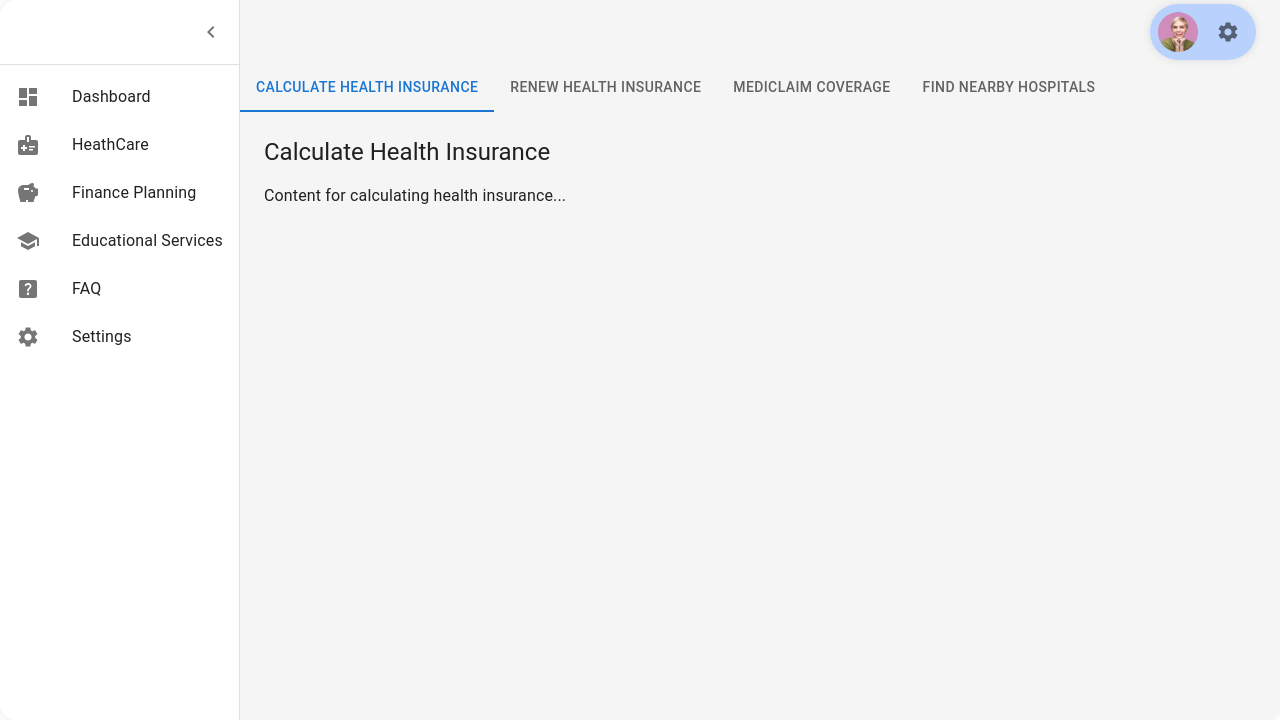
Repository: shubhampirate/TIAA_Retirement_hackathon
Page: /health
These files come from the project's save history. The page is drawn as it stood at one moment and after the next save; the edit follows.
The browser window is 1280 px wide. The pictures show the whole page.
The project was rebuilt for these pictures with package versions that can differ from the ones it lists, and the page was loaded fresh each time. Also part of the build but not shown: src/Components/CustomButton.jsx, src/Components/Navbar.jsx, src/Components/Properties.jsx, src/Components/Footer.jsx, src/Components/Hero.jsx, src/pages/Sign_In.jsx, src/Components/GaugeChart.jsx, src/Components/Deposits.jsx and 5 more.

Above is the page before, as saved 2023-11-18 17:12:30.

After the next save:
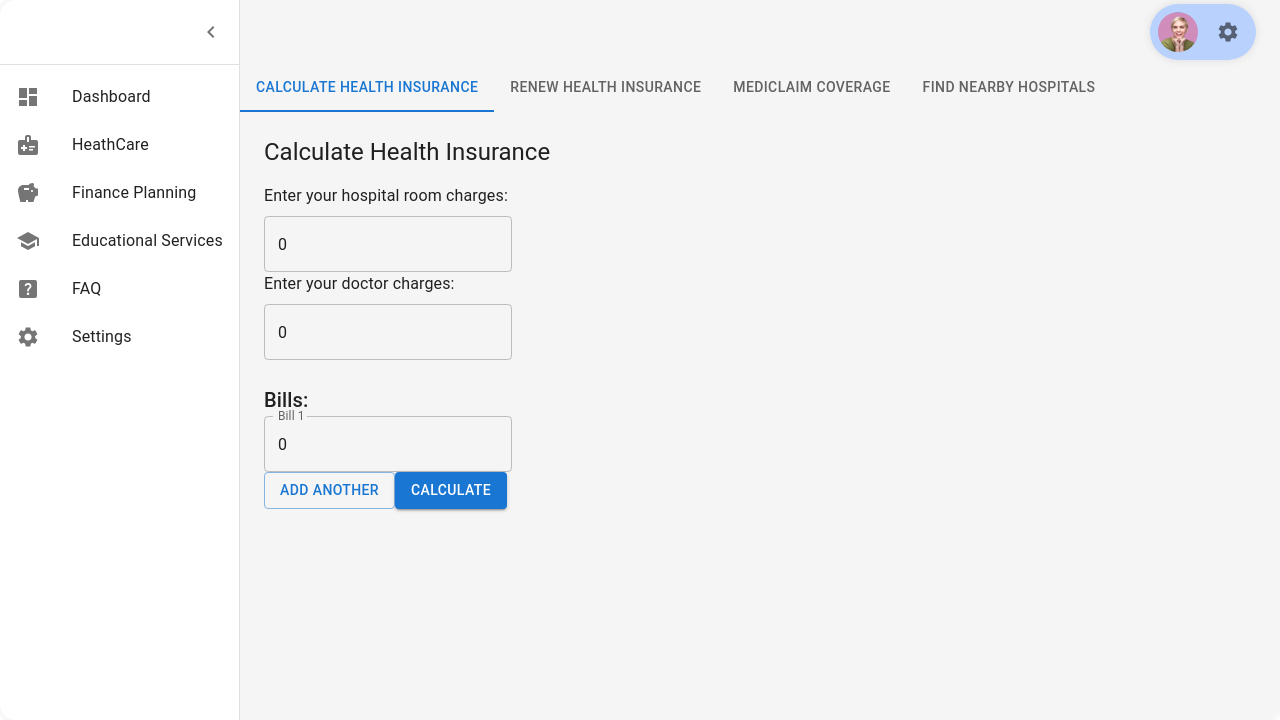
Saved 16 min 10 s later.
--- a/src/Components/Health.jsx
+++ b/src/Components/Health.jsx
@@ -28,6 +28,8 @@
 import InputBase from '@mui/material/InputBase';
 import SearchIcon from '@mui/icons-material/Search';
 import useMediaQuery from '@mui/material/useMediaQuery';
+import TextField from '@mui/material/TextField';
+import Button from '@mui/material/Button';
 const healthTopics = [
     {
       label: 'Calculate Health Insurance',
@@ -47,12 +49,80 @@
     },
   ];
 
-  const HealthTabContent = ({ label, content }) => (
-    <Box sx={{ p: 3 }}>
-      <Typography variant="h5" mb={2}>{label}</Typography>
-      <Typography>{content}</Typography>
-    </Box>
-  );
+  // const HealthTabContent = ({ label, content }) => (
+  //   <Box sx={{ p: 3 }}>
+  //     <Typography variant="h5" mb={2}>{label}</Typography>
+  //     <Typography>{content}</Typography>
+  //   </Box>
+  // );
+  const HealthTabContent = ({ label, content }) => {
+    const [roomCharges, setRoomCharges] = useState(0);
+    const [doctorCharges, setDoctorCharges] = useState(0);
+    const [bills, setBills] = useState([{ amount: 0 }]);
+
+    const handleAddBill = () => {
+      setBills([...bills, { amount: 0 }]);
+    };
+
+    const handleBillAmountChange = (index, amount) => {
+      const updatedBills = [...bills];
+      updatedBills[index].amount = amount;
+      setBills(updatedBills);
+    };
+
+    const handleCalculate = () => {
+      // Calculate total bills
+      const totalBills = bills.reduce((total, bill) => total + bill.amount, 0);
+
+      // Calculate deductions for room charges (15%) and doctor charges (25%)
+      const roomChargesDeduction = (15 / 100) * totalBills;
+      const doctorChargesDeduction = (25 / 100) * totalBills;
+
+      // Calculate final amount after deductions
+      const finalAmount = totalBills - roomChargesDeduction - doctorChargesDeduction;
+
+      // You can use the calculated values as needed, such as displaying them or further processing.
+      console.log("Total Bills:", totalBills);
+      console.log("Room Charges Deduction:", roomChargesDeduction);
+      console.log("Doctor Charges Deduction:", doctorChargesDeduction);
+      console.log("Final Amount after Deductions:", finalAmount);
+    };
+
+    return (
+      <Box sx={{ p: 3 }}>
+        <Typography variant="h5" mb={2}>{label}</Typography>
+
+        <Typography mb={1}>Enter your hospital room charges:</Typography>
+        <TextField
+          type="number"
+          value={roomCharges}
+          onChange={(e) => setRoomCharges(e.target.value)}
+        />
+
+        <Typography mb={1}>Enter your doctor charges:</Typography>
+        <TextField
+          type="number"
+          value={doctorCharges}
+          onChange={(e) => setDoctorCharges(e.target.value)}
+        />
+
+        <Typography variant="h6" mt={3}>Bills:</Typography>
+        {bills.map((bill, index) => (
+          <div key={index}>
+            <TextField
+              label={`Bill ${index + 1}`}
+              type="number"
+              value={bill.amount}
+              onChange={(e) => handleBillAmountChange(index, e.target.value)}
+            />
+          </div>
+        ))}
+        <Button variant="outlined" onClick={handleAddBill}>Add Another</Button>
+
+        <Button variant="contained" onClick={handleCalculate}>Calculate</Button>
+      </Box>
+    );
+  };
 const Title = styled(Typography)(({ theme }) => ({
     fontSize: "25px",
     color: "#042A57",

After the save that followed:
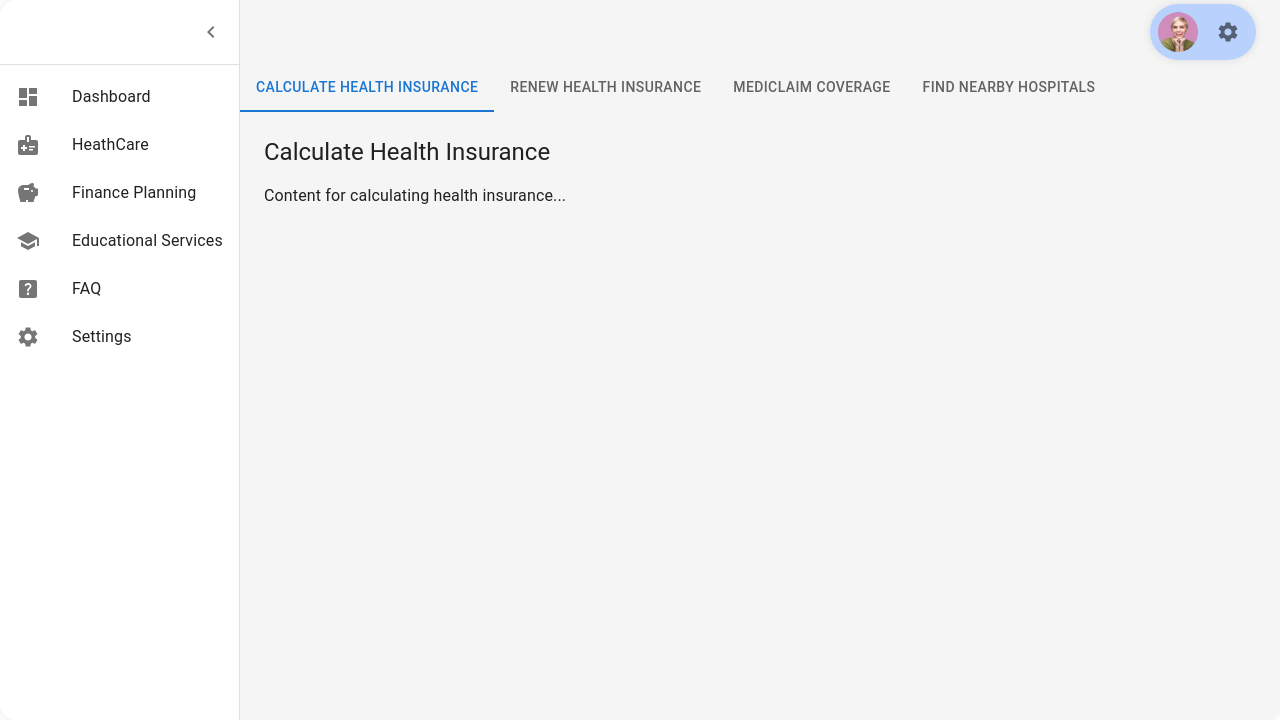
Saved 5 min 1 s later.
--- a/src/Components/Health.jsx
+++ b/src/Components/Health.jsx
@@ -49,13 +49,13 @@
     },
   ];
 
-  // const HealthTabContent = ({ label, content }) => (
-  //   <Box sx={{ p: 3 }}>
-  //     <Typography variant="h5" mb={2}>{label}</Typography>
-  //     <Typography>{content}</Typography>
-  //   </Box>
-  // );
-  const HealthTabContent = ({ label, content }) => {
+  const HealthTabContent = ({ label, content }) => (
+    <Box sx={{ p: 3 }}>
+      <Typography variant="h5" mb={2}>{label}</Typography>
+      <Typography>{content}</Typography>
+    </Box>
+  );
+  const CalculateMediclaimTabContent = () => {
     const [roomCharges, setRoomCharges] = useState(0);
     const [doctorCharges, setDoctorCharges] = useState(0);
     const [bills, setBills] = useState([{ amount: 0 }]);
@@ -90,7 +90,7 @@
 
     return (
       <Box sx={{ p: 3 }}>
-        <Typography variant="h5" mb={2}>{label}</Typography>
+        <Typography variant="h5" mb={2}>Calculate Mediclaim</Typography>
 
         <Typography mb={1}>Enter your hospital room charges:</Typography>
         <TextField
@@ -350,7 +350,7 @@
 
 
           {/* Start Here */}
-          {isSmallScreen ? (
+          {/* {isSmallScreen ? (
             <Tabs value={selectedTabIndex} onChange={handleTabChange} centered>
               {healthTopics.map((topic, index) => (
                 <Tab key={index} label={topic.label} />
@@ -364,12 +364,36 @@
             </Tabs>
           )}
 
+          // {/* Health-related content based on the selected tab */}
+          {/* // {healthTopics.map((topic, index) => ( */}
+          {/* //   selectedTabIndex === index && ( */}
+          {/* //     <HealthTabContent key={index} label={topic.label} content={topic.content} /> */}
+          {/* //   ) */}
+          {/* // ))} */}
+                    {isSmallScreen ? (
+            <Tabs value={selectedTabIndex} onChange={handleTabChange} centered>
+              {healthTopics.map((topic, index) => (
+                <Tab key={index} label={topic.label} />
+              ))}
+            </Tabs>
+          ) : (
+            <Tabs value={selectedTabIndex} onChange={handleTabChange} variant="scrollable" scrollButtons="auto">
+              {healthTopics.map((topic, index) => (
+                <Tab key={index} label={topic.label} />
+              ))}
+            </Tabs>
+          )}
           {/* Health-related content based on the selected tab */}
           {healthTopics.map((topic, index) => (
             selectedTabIndex === index && (
-              <HealthTabContent key={index} label={topic.label} content={topic.content} />
+              topic.label === 'Mediclaim Coverage' ? (
+                <CalculateMediclaimTabContent key={index} />
+              ) : (
+                <HealthTabContent key={index} label={topic.label} content={topic.content} />
+              )
             )
           ))}
+
         </Box>
         </Box>
       {/* </Box> */}
